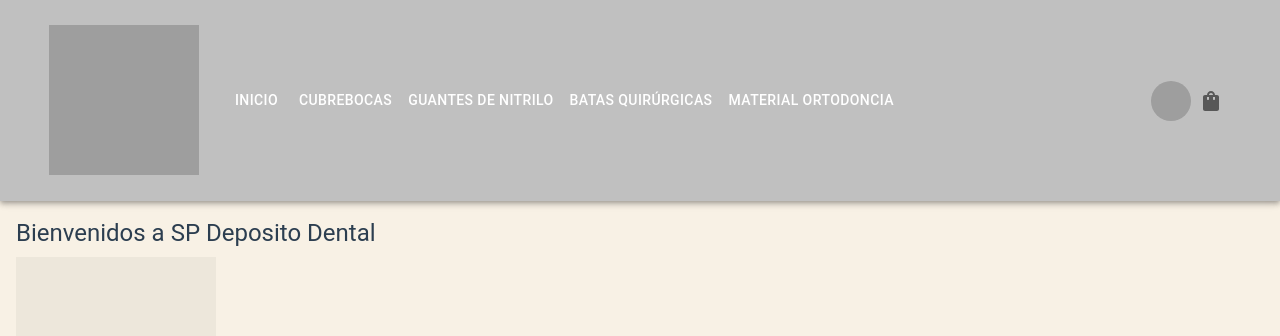
Repository: SebastianPineiro10/ecommerce-coderhouse
Page: /category/cubrebocas
These files come from the project's save history. The page is drawn as it stood at one moment and after the next save; the edit follows.
The browser window is 1280 px wide. The pictures show the whole page.
Pictures or frames that could not be fetched are drawn as grey boxes. The page's requests for data from a server got no answer. The project was rebuilt for these pictures with package versions that can differ from the ones it lists, and the page was loaded fresh each time. No one was signed in, and anything a server would have sent is missing. Also part of the build but not shown: vite.config.js, src/components/common/card/productcard.css, src/components/common/card/ProductCard.jsx, src/components/pages/ItemListContainer/ItemList.jsx, src/components/pages/ItemDetail/ItemDetail.jsx, src/components/pages/ItemDetail/ItemDetailContainer.jsx, src/components/pages/cart/CartContainer.jsx.

Above is the page before, as saved 2024-11-07 05:16:01.

After the next save:
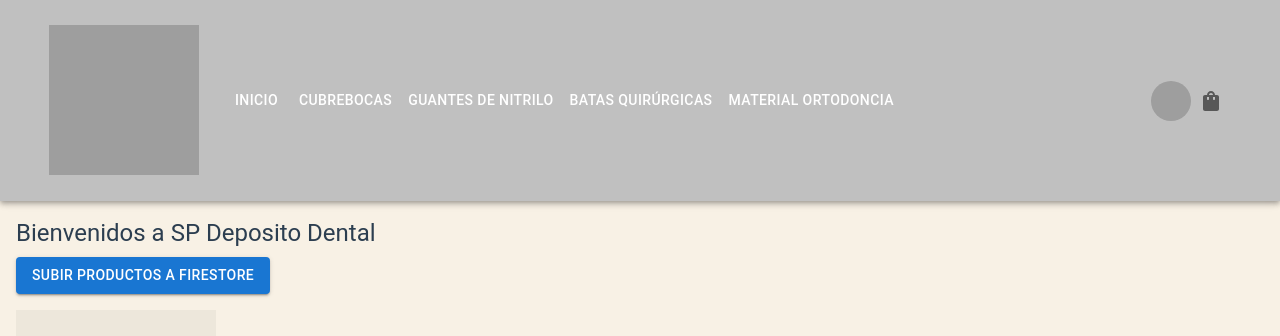
Saved 80 s later.
--- a/src/components/pages/ItemListContainer/ItemListContainer.jsx
+++ b/src/components/pages/ItemListContainer/ItemListContainer.jsx
@@ -10,7 +10,7 @@
 export const ItemListContainer = () => {
   const { categoryId } = useParams();
   const [items, setItems] = useState([]);
-  const [isAdmin, setIsAdmin] = useState(false); // Suponemos que eres un admin por ahora
+  const [isAdmin, setIsAdmin] = useState(true); // Suponemos que eres un admin por ahora
 
   useEffect(() => {
     const fetchProducts = async () => {

After the save that followed:
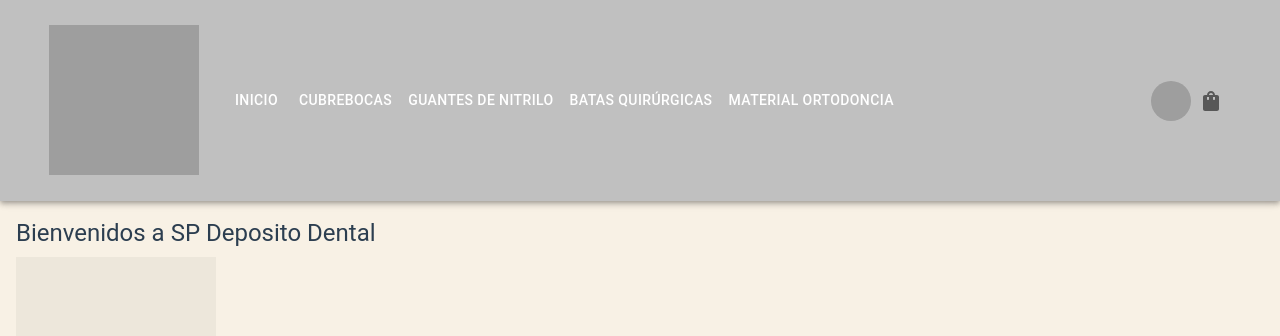
Saved 10 s later.
--- a/src/components/pages/ItemListContainer/ItemListContainer.jsx
+++ b/src/components/pages/ItemListContainer/ItemListContainer.jsx
@@ -10,7 +10,7 @@
 export const ItemListContainer = () => {
   const { categoryId } = useParams();
   const [items, setItems] = useState([]);
-  const [isAdmin, setIsAdmin] = useState(true); // Suponemos que eres un admin por ahora
+  const [isAdmin, setIsAdmin] = useState(false); // Suponemos que eres un admin por ahora
 
   useEffect(() => {
     const fetchProducts = async () => {
